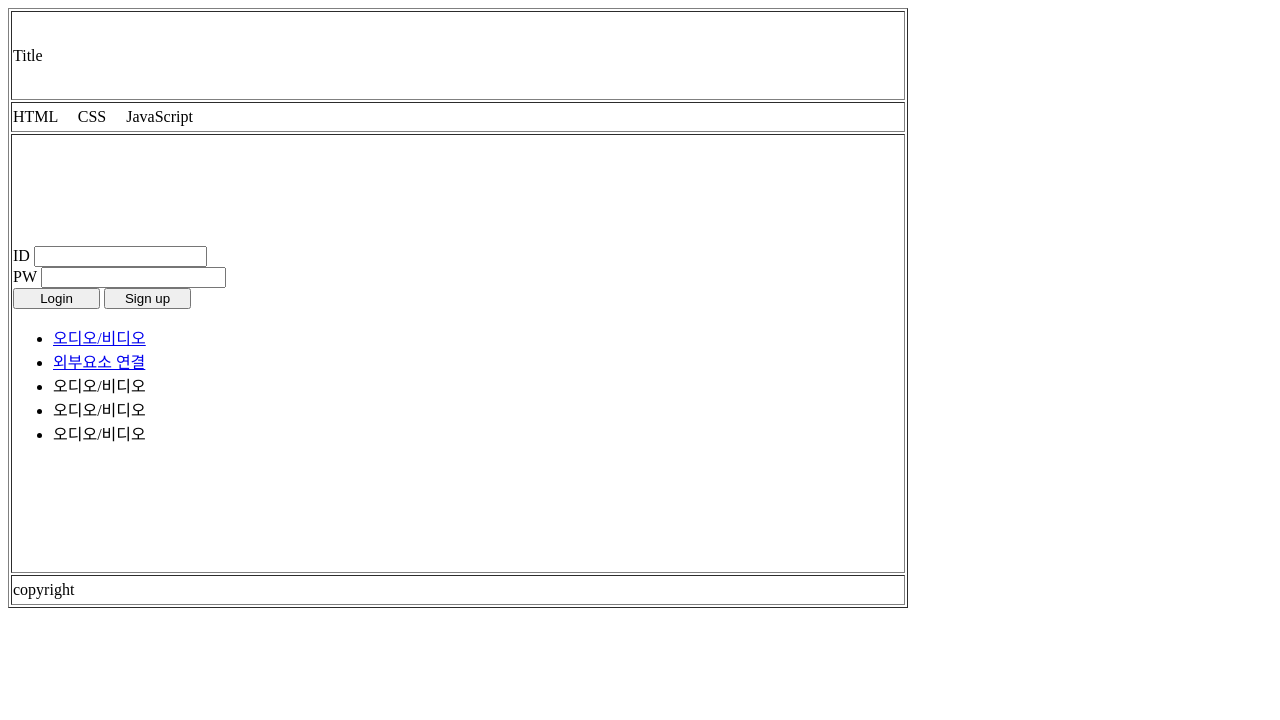
Repository: Hwangjiwon/MultiCampus
Page: http://localhost/2Study/jsp/iframe.jsp
An editor plug-in stored every save of this project. The page is shown before and after the next save, followed by the edit.
The browser window is 1280 px wide. The pictures show the whole page.
The page is served by Tomcat 9. Other server files are loaded and not shown.

Above is the page before, as saved 2019-05-31 00:41:45.

### 2Study/WebContent/jsp/iframe.jsp
<%@ page language="java" contentType="text/html; charset=UTF-8"
	pageEncoding="UTF-8"%>

<jsp:include page="header.jsp"></jsp:include>
<jsp:include page="side.jsp"></jsp:include>

<jsp:include page="copyright.jsp"></jsp:include>

### 2Study/WebContent/jsp/header.jsp
<%@ page language="java" contentType="text/html; charset=UTF-8"
	pageEncoding="UTF-8"%>
<!DOCTYPE html>
<html>
<head>
<meta charset="UTF-8">
<title>HOME</title>
</head>
<body>
	<table border="1" width="900" height="600">
		<tr height="15%">
			<td colspan="2">Title</td>
		</tr>
		<tr height="5%">
			<td colspan="2">HTML &nbsp;&nbsp;&nbsp; CSS &nbsp;&nbsp;&nbsp;
				JavaScript</td>
		</tr>

### 2Study/WebContent/jsp/side.jsp
<%@ page language="java" contentType="text/html; charset=UTF-8"
	pageEncoding="UTF-8"%>
<tr>
	<td width="20%">
		<form style="width: 242px;" method="post" action="Main?sign=login">
			ID <input name="id" style="width: 165px;"><br> PW <input
				name="pw" type="password"><br> <input type="button"
				value="Login" style="width: 87px;"> <input type="submit"
				value="Sign up" style="width: 87px;">
		</form>
		<ul>
			<li><a href="jsp/audio_video.jsp">오디오/비디오</a></li>
			<li><a href="html/iframe.html">외부요소 연결</a></li>
			<li>오디오/비디오</li>
			<li>오디오/비디오</li>
			<li>오디오/비디오</li>
		</ul>
	</td>

### 2Study/WebContent/jsp/copyright.jsp
<%@ page language="java" contentType="text/html; charset=UTF-8"
	pageEncoding="UTF-8"%>

<tr height="5%">
	<td colspan="2">copyright</td>
</tr>
</table>

</body>
</html>

After the next save:
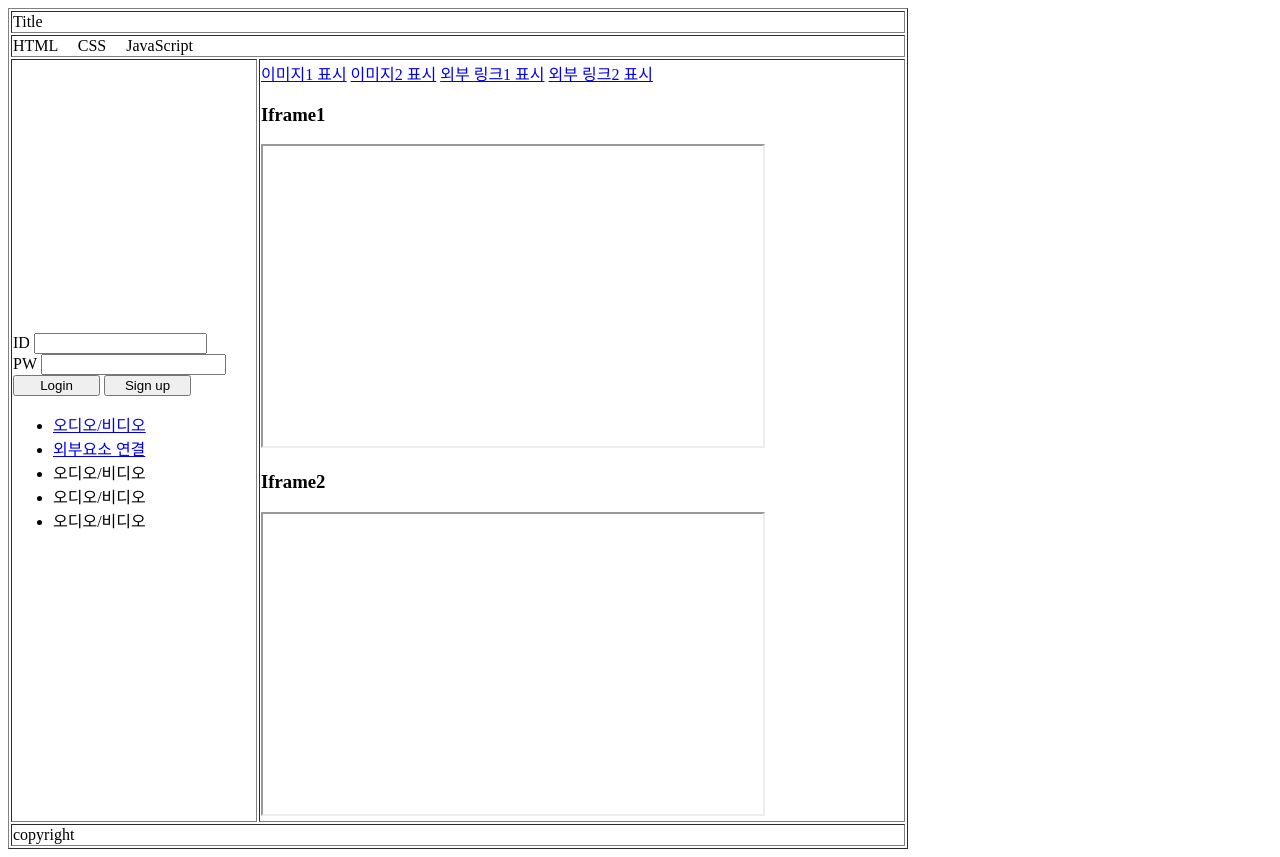
Saved 44 s later.
--- a/2Study/WebContent/jsp/iframe.jsp
+++ b/2Study/WebContent/jsp/iframe.jsp
@@ -3,5 +3,19 @@
 
 <jsp:include page="header.jsp"></jsp:include>
 <jsp:include page="side.jsp"></jsp:include>
+<td>
 
+      <a href="https://img.withvolo.com/8UDtJa8YFMaC8XomGtvVI8dYDz0=/0x0:1000x667/809x/93cc7b30acf7c6cc74d0080010156afb%2F7bf16d18-26f4-49ac-b33e-c9dbbef267bd-c7c9300cc7a8719907396fa639668530fe30d6da.jpg" target="iframe1">이미지1 표시</a>
+	  <a href="https://images.pexels.com/photos/459225/pexels-photo-459225.jpeg?auto=compress&cs=tinysrgb&dpr=1&w=500" target="iframe1">이미지2 표시</a>
+	  <a href="https://getbootstrap.com" target="iframe2">외부 링크1 표시</a>
+	  <a href="https://getbootstrap.com/docs/4.3/utilities/text" target="iframe2">외부 링크2 표시</a>
+
+      <h3 id="iframe1">Iframe1</h3>
+      <iframe name="iframe1" width="500" height="300"> 외부 문서 표시 영역1 	</iframe>
+
+      <h3 id="iframe2">Iframe2</h3>
+      <iframe src="" name="iframe2" width="500" height="300"> 외부 문서 표시 영역2 	</iframe>
+
+
+      </td></tr>
 <jsp:include page="copyright.jsp"></jsp:include>
